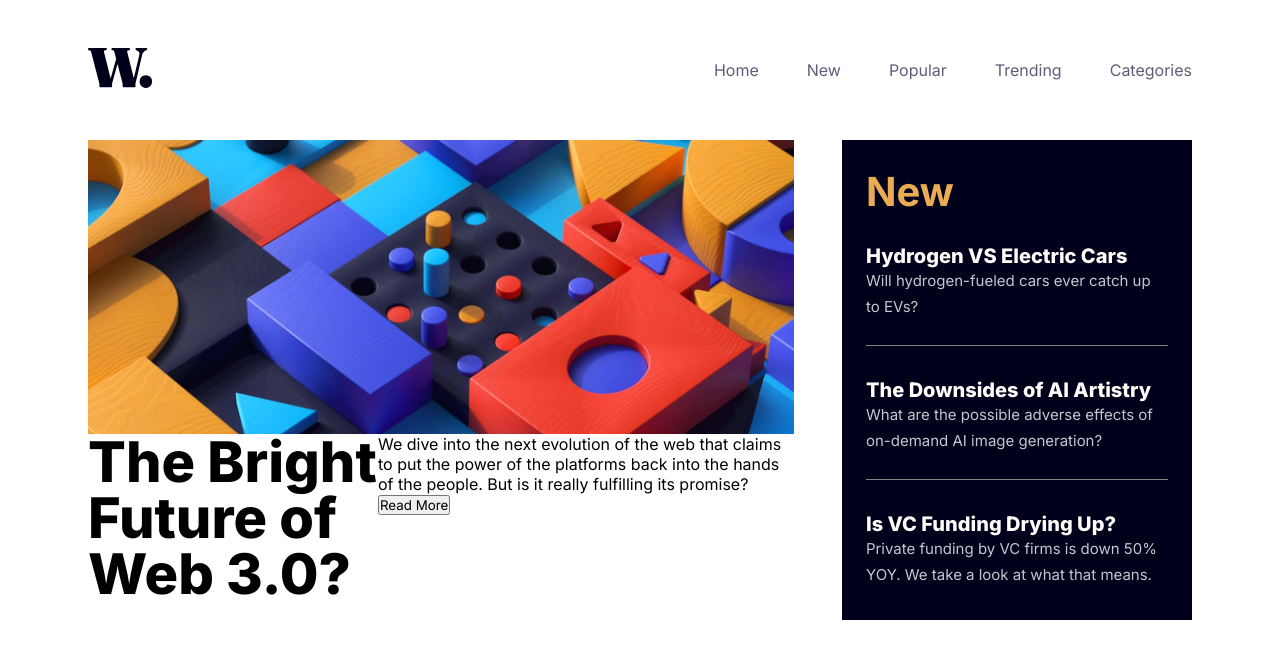
Repository: DevAntonioRogers/FrontendMentor-News-Homepage
Page: index.html
An editor plug-in stored every save of this project. The page is shown before and after the next save, followed by the edit.
The browser window is 1280 px wide. The pictures show the whole page.

Above is the page before, as saved 2023-04-21 12:42:42.

### index.html
<!DOCTYPE html>
<html lang="en">
  <head>
    <meta charset="UTF-8" />
    <meta http-equiv="X-UA-Compatible" content="IE=edge" />
    <meta name="viewport" content="width=device-width, initial-scale=1.0" />
    <link rel="stylesheet" href="styles.css" />
    <title>Document</title>
  </head>
  <body>
    <nav>
      <div class="logo">
        <img src="./assets/logo.svg" alt="logo" />
      </div>
      <ul class="nav-menu">
        <li>Home</li>
        <li>New</li>
        <li>Popular</li>
        <li>Trending</li>
        <li>Categories</li>
      </ul>
      <div class="mobile-icons">
        <img src="./assets/icon-menu.svg" alt="" />
        <img src="./assets/icon-menu-close.svg" alt="" />
      </div>
    </nav>

    <section class="hero">
      <div class="left">
        <picture>
          <source srcset="assets/image-web-3-mobile.jpg" media="(max-width: 768px)" />
          <img src="assets/image-web-3-desktop.jpg" alt="banner" />
        </picture>
        <article class="hero-article">
          <h1>The Bright Future of Web 3.0?</h1>
          <div>
            <p>
              We dive into the next evolution of the web that claims to put the power of the platforms back into the
              hands of the people. But is it really fulfilling its promise?
            </p>
            <button>Read More</button>
          </div>
        </article>
      </div>

      <div class="right">
        <h1>New</h1>

        <div>
          <h3>Hydrogen VS Electric Cars</h3>
          <p>Will hydrogen-fueled cars ever catch up to EVs?</p>
        </div>

        <div>
          <h3>The Downsides of AI Artistry</h3>
          <p>What are the possible adverse effects of on-demand AI image generation?</p>
        </div>

        <div>
          <h3>Is VC Funding Drying Up?</h3>
          <p>Private funding by VC firms is down 50% YOY. We take a look at what that means.</p>
        </div>
      </div>
    </section>
  </body>
</html>

### styles.css
@import url('https://fonts.googleapis.com/css2?family=Inter:wght@400;700;800&display=swap');

*{
  box-sizing: border-box;
  margin: 0;
  padding: 0;
  font-family: 'Inter', sans-serif;
}

/* img{
  width: 100%;
  height: 100%;
} */

body{
  max-width: 1200px;
  margin: auto;
  padding: 3rem;
}

a{
  text-decoration: none;
}

li{
  list-style: none;
}

/* NAVBAR STYLES */

nav{
  display: flex;
  justify-content: space-between;
  align-items: center;
}

.nav-menu{
  display: flex;
  gap: 3rem;
}

.nav-menu{
  color: hsl(236, 13%, 42%);
}

.mobile-icons{
  display: none;
}

/* HERO STYLES */

.hero{
  display: flex;
  justify-content: center;
  gap: 3rem;
  margin-top: 3rem;
  max-height: 500px;
}

.left{
  display: flex;
  flex-direction: column;
}

.left img{
  max-width: 100%;
  height: 100%;
}

.hero-article{
  display: flex;
}

.hero-article h1{
  font-weight: 800;
  font-size: 56px;
  line-height: 56px;
  display: flex;
  align-items: center;
}











.right{
  background-color: hsl(240, 100%, 5%);
  color: white;
  padding: 2rem 1.5rem;
  display: flex;
  flex-direction: column;
  gap: 2rem;
  min-width: 350px;
}

.right h1{
  font-size: 40px;
  color: hsl(35, 77%, 62%);
  line-height: 40px;
  font-weight: 700;
}

.right h3 {
  font-weight: 800;
  font-size: 20px;
  line-height: 24px;
  color: hsl(36, 100%, 99%);
}

.right p{
  font-weight: 400;
  font-size: 15px;
  line-height: 26px;
  color: hsl(233, 8%, 79%);
}

.right div{
  margin: auto;
  border-bottom: solid 1px grey;
  padding-bottom: 25px;
}

.right div:nth-child(4){
  border: none;
  padding-bottom: 0;
}

After the next save:
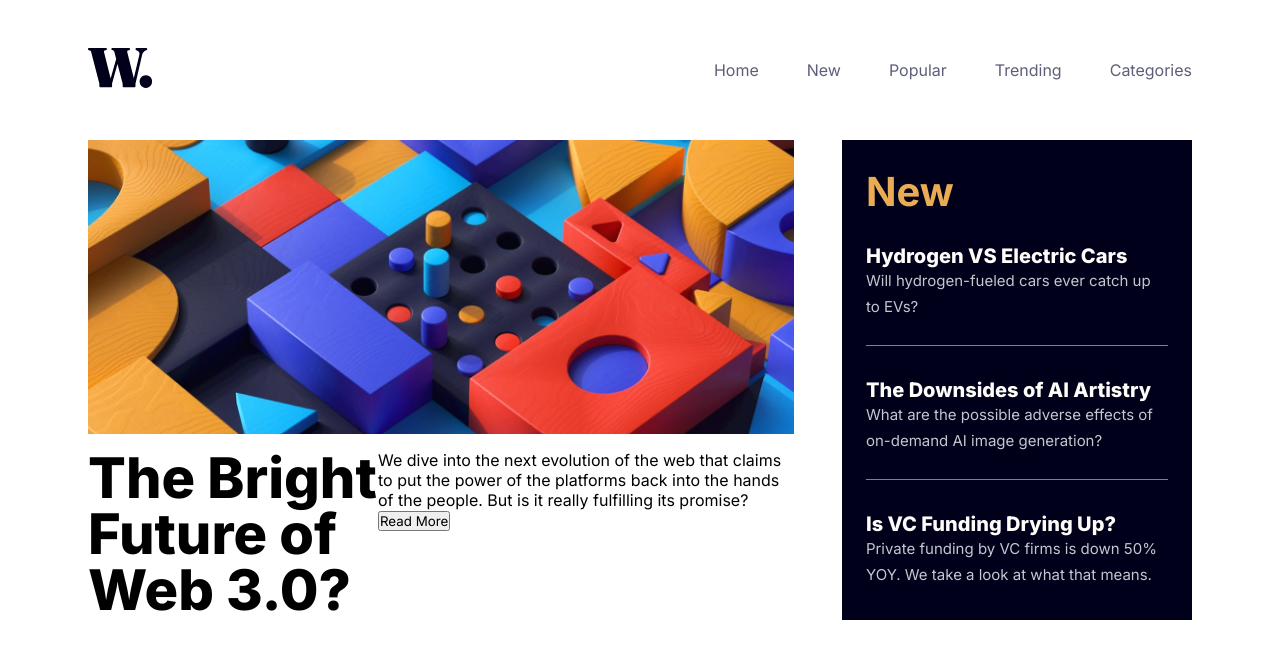
Saved 50 s later.
--- a/styles.css
+++ b/styles.css
@@ -69,6 +69,7 @@ nav{
 
 .hero-article{
   display: flex;
+  margin-top: 1rem;
 }
 
 .hero-article h1{
@@ -77,6 +78,7 @@ nav{
   line-height: 56px;
   display: flex;
   align-items: center;
+
 }
 
 
